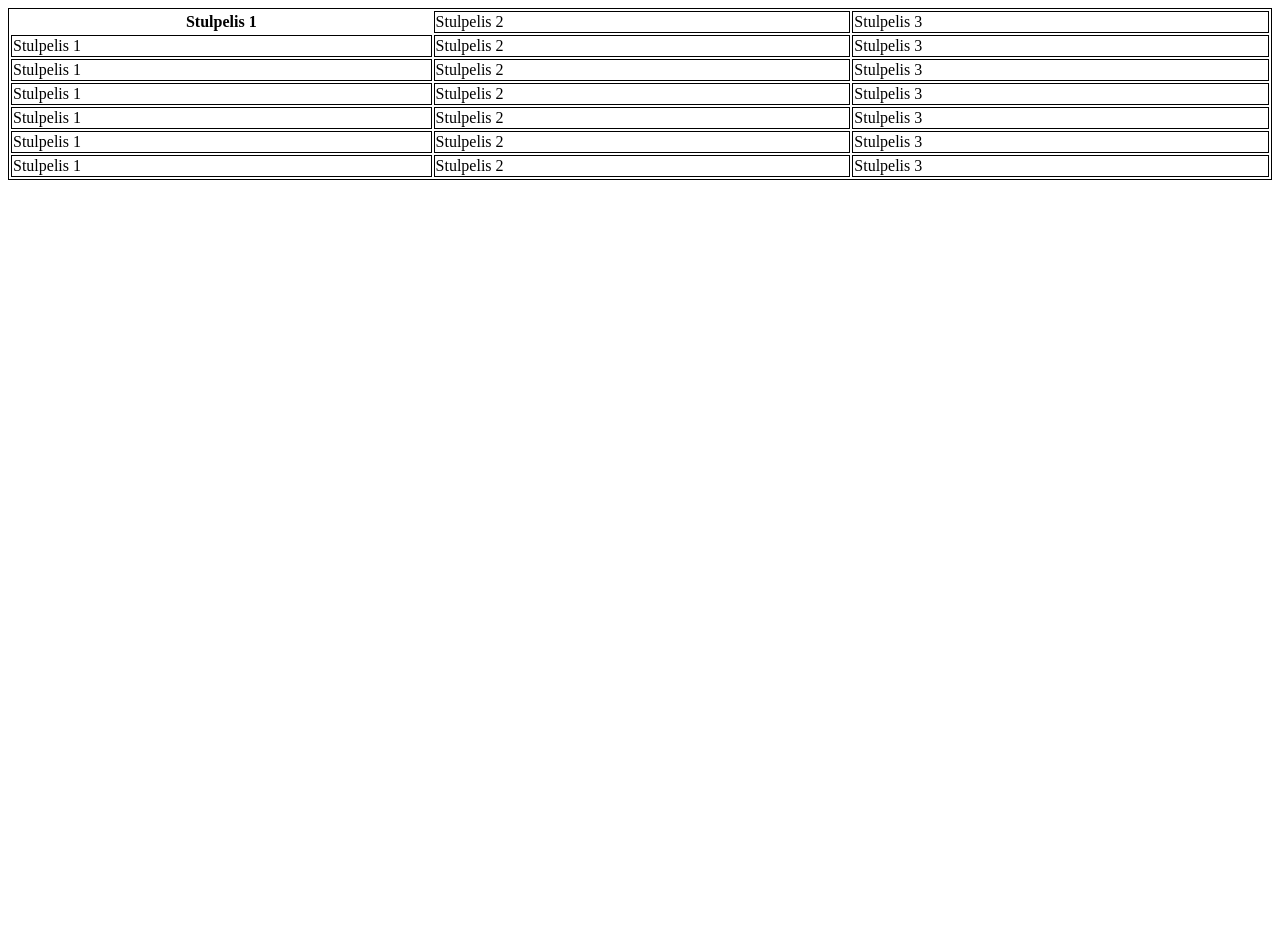
Repository: motiejus1/10-paskaita-05.31
Page: index.html
These files come from the project's save history. The page is drawn as it stood at one moment and after a run of saves; the edit follows.
The browser window is 1280 px wide. The pictures show the part of the page from y = 0 to 952 px (the page is 3188 px tall).
Backgrounds fixed to the window are drawn as part of the page.

Above is the page before, as saved 2021-06-16 19:47:32.

### index.html
<!DOCTYPE html>
<html lang="en">
<head>
    <meta charset="UTF-8">
    <meta http-equiv="X-UA-Compatible" content="IE=edge">
    <meta name="viewport" content="width=device-width, initial-scale=1.0">
    <title>10 paskaita</title>

    <style>
        .container {
            width: 100%;
            height: 1800px;
        }


        /* Fono spalvos */

        .fonas-spalva {
            background-color: green;
            opacity: 0.7;
        }

        .fonas {
            background-color: #657AD3;
            opacity: 0.7;
        }

        .fonas-rgb {
            background-color:rgb(101, 122, 211);
            opacity: 0.7;
        }

        .fonas-rgba {
            background-color:rgba(101, 122, 211, 0.7);
        }

        /* Paveiksliukas kaip fonas */
        .paveiksliukas {
            height: 100%;
            background-image: url("https://images.unsplash.com/photo-1593642531955-b62e17bdaa9c?ixid=MnwxMjA3fDF8MHxwaG90by1wYWdlfHx8fGVufDB8fHx8&ixlib=rb-1.2.1&auto=format&fit=crop&w=750&q=80");
            background-color:grey;
            background-repeat: no-repeat;
            opacity: 0.7;
            background-attachment: fixed;
            /* background-position: 5px 5px; */
            /* background-position: center center; */
            /* background-size: 100% 100%; */
            /* background-size: contain; background-size: 100% */
            /* background-size: cover; */


        }

        table {
            border: 1px solid black;
            margin-bottom: 1200px;
            width: 100%;
        }

        td {
            border: 1px solid black;
        }

    </style>
</head>
<body>

    <table>
        <tr>
            <th>Stulpelis 1</td>
            <td>Stulpelis 2</td>
            <td>Stulpelis 3</td>
        </tr>
        <tr>
            <td>Stulpelis 1</td>
            <td>Stulpelis 2</td>
            <td>Stulpelis 3</td>
        </tr>
        <tr>
            <td>Stulpelis 1</td>
            <td>Stulpelis 2</td>
            <td>Stulpelis 3</td>
        </tr>
        <tr>
            <td>Stulpelis 1</td>
            <td>Stulpelis 2</td>
            <td>Stulpelis 3</td>
        </tr>
        <tr>
            <td>Stulpelis 1</td>
            <td>Stulpelis 2</td>
            <td>Stulpelis 3</td>
        </tr>
        <tr>
            <td>Stulpelis 1</td>
            <td>Stulpelis 2</td>
            <td>Stulpelis 3</td>
        </tr>
        <tr>
            <td>Stulpelis 1</td>
            <td>Stulpelis 2</td>
            <td>Stulpelis 3</td>
        </tr>
    </table>

    <div class="container fonas-rgba">
        <div class="paveiksliukas">
            Tekstas
        </div>
    </div>
</body>
</html>

After the next 3 saves:
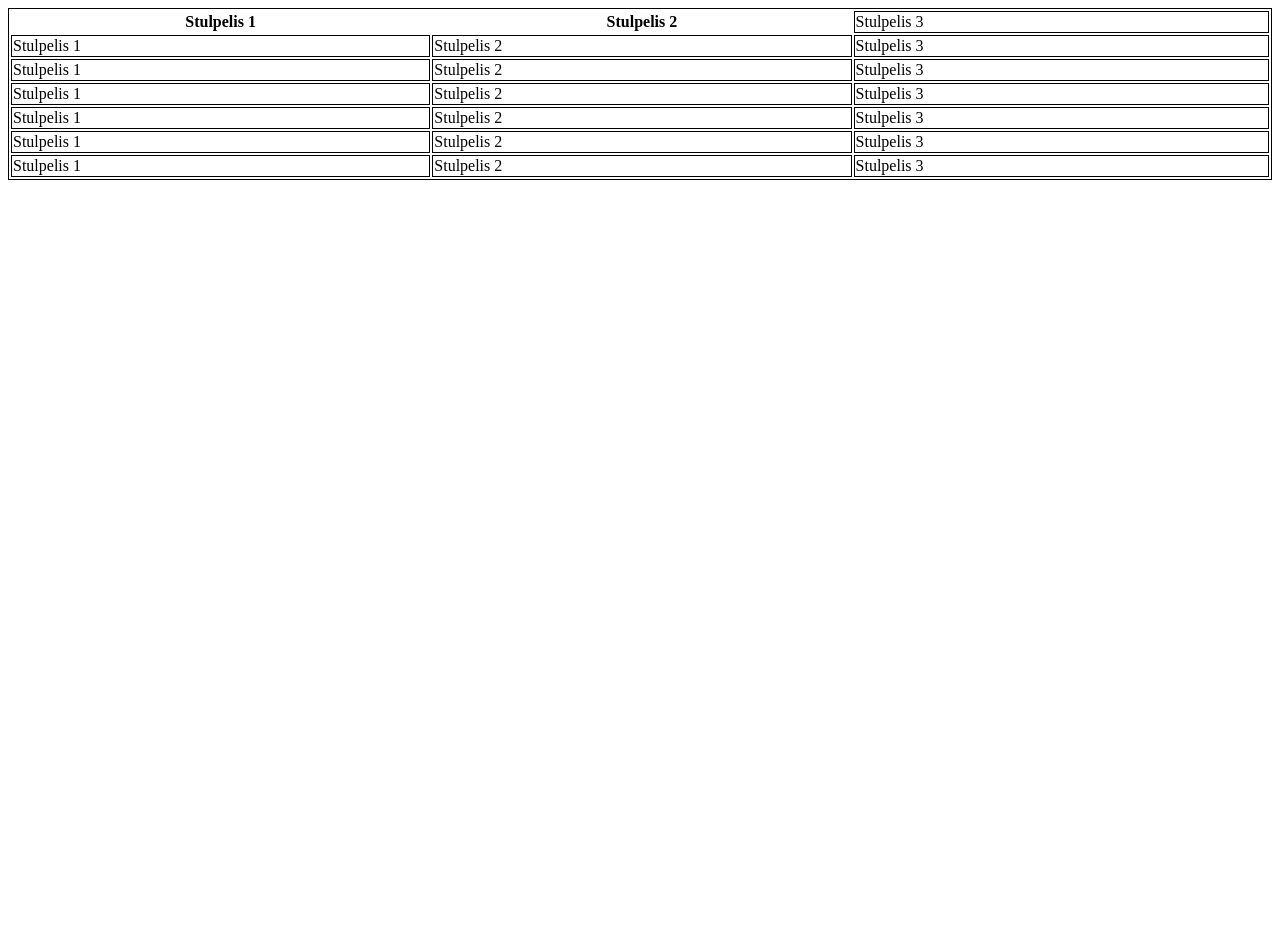
The 3 saves are shown as one change because they came seconds apart.
The last was saved 11 s later.
--- a/index.html
+++ b/index.html
@@ -67,8 +67,8 @@
 
     <table>
         <tr>
-            <th>Stulpelis 1</td>
-            <td>Stulpelis 2</td>
+            <th>Stulpelis 1</th>
+            <th>Stulpelis 2</th>
             <td>Stulpelis 3</td>
         </tr>
         <tr>
